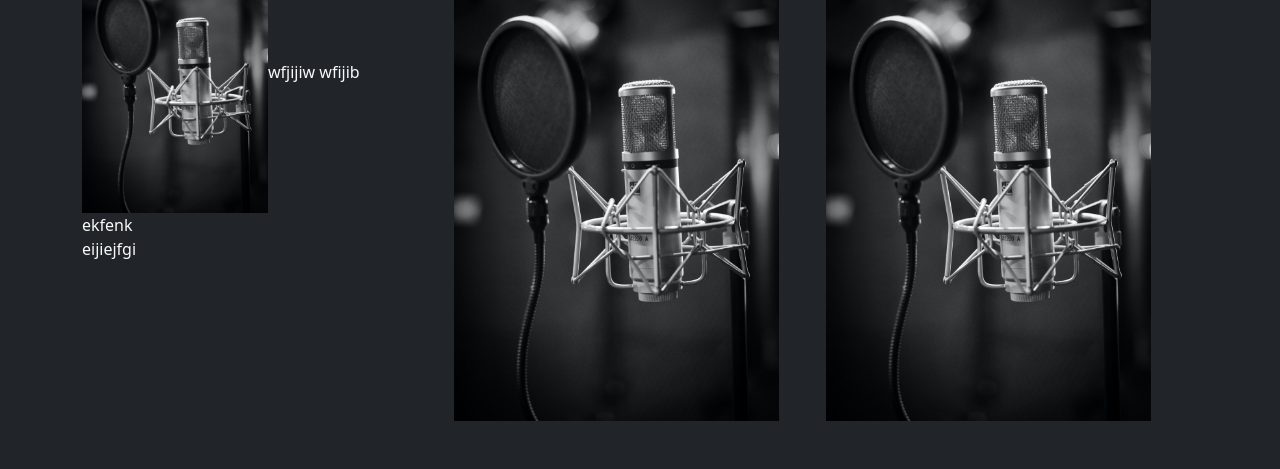
Repository: Eugene44-hub/music-workshop-site
Page: index.html
The author's editor kept a copy of each file at every save. The page is drawn from the files as they stood at one save, then again after the next save.
The browser window is 1280 px wide. The pictures show the part of the page from y = 1393 to 1862 px (the page is 1862 px tall).
A picture or video elsewhere on the page could not be fetched, so the positions and the page height are approximate. Some web libraries are served in a nearby version.

Above is the page before, as saved 2021-10-24 15:00:16.

After the next save:
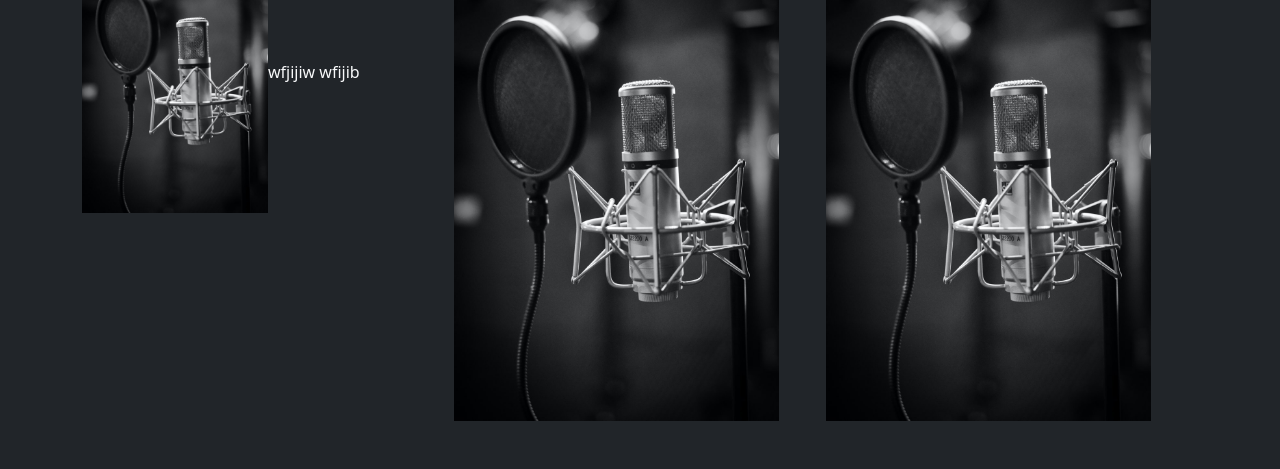
Saved 33 s later.
--- a/index.html
+++ b/index.html
@@ -128,7 +128,7 @@
                     <div class="d-flex">
                         <div>
                             <p><img src="images/microphone.jpg" class="img-fluid w-50" alt="">wfjijiw wfijib
-                                <br> ekfenk <br>eijiejfgi
+
                             </p>
                         </div>
 
